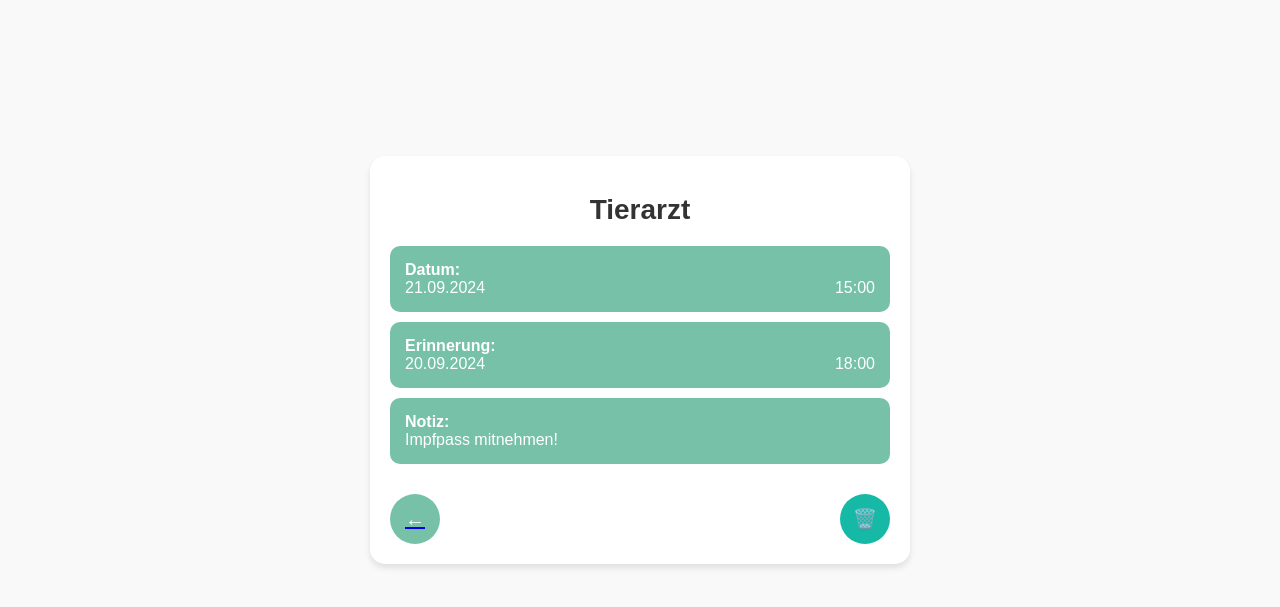
Repository: jakemoes/Pet-Tracker
Page: PWA/apppointmentDetails.html
An editor plug-in stored every save of this project. The page is shown before and after a run of saves, followed by the edit.
The browser window is 1280 px wide. The pictures show the whole page.

Above is the page before, as saved 2024-12-07 03:40:22.

### PWA/apppointmentDetails.html
<!DOCTYPE html>
<html lang="de">
<head>
    <meta charset="UTF-8">
    <meta name="viewport" content="width=device-width, initial-scale=1.0">
    <link rel="stylesheet" href="appointmentDetails.css">
    <title>Tierarzttermin</title>
</head>
<body>
    <div class="details-container">
        <h1>Tierarzt</h1>

        <div class="entry">
            <div class="detail">
                <p><strong>Datum:</strong></p>
                <p>21.09.2024 <span class="time">15:00</span></p>
            </div>
            <div class="detail">
                <p><strong>Erinnerung:</strong></p>
                <p>20.09.2024 <span class="time">18:00</span></p>
            </div>
            <div class="detail">
                <p><strong>Notiz:</strong></p>
                <p>Impfpass mitnehmen!</p>
            </div>
        </div>

        <div class="button-container">
            <!-- Zurück-Button -->
            <a href="appointment.html" class="back-btn">
                <button type="button"><span>&larr;</span></button>
            </a>

            <!-- Löschen-Button -->
            <button type="button" class="delete-btn" >
                🗑️
            </button>
        </div>
    </div>

</body>
</html>

### PWA/appointmentDetails.css
body {
    font-family: Arial, sans-serif;
    margin: 0;
    padding: 0;
    background-color: #f9f9f9;
    display: flex;
    justify-content: center;
    align-items: center;
    height: 100vh;
}

.details-container {
    width: 100%;
    max-width: 500px;
    background-color: #ffffff;
    padding: 20px;
    border-radius: 15px;
    box-shadow: 0 4px 6px rgba(0, 0, 0, 0.1);
    text-align: center;
}

h1 {
    font-size: 28px;
    color: #333;
    margin-bottom: 20px;
}

.entry {
    margin-bottom: 30px;
}

.detail {
    background-color: #77c1a9;
    padding: 15px;
    border-radius: 10px;
    margin-bottom: 10px;
    text-align: left;
    color: #ffffff;
}

.detail p {
    margin: 0;
    font-size: 16px;
}

.time {
    float: right;
}

.button-container {
    display: flex;
    justify-content: space-between;
    margin-top: 20px;
}

.back-btn button, .delete-btn {
    width: 50px;
    height: 50px;
    border-radius: 50%;
    border: none;
    background-color: #77c1a9;
    color: white;
    font-size: 20px;
    cursor: pointer;
    display: flex;
    justify-content: center;
    align-items: center;
}

.delete-btn {
    background-color: #15b9a6;
}

.delete-btn img {
    width: 20px;
    height: 20px;
}

.back-btn button:hover {
    background-color: #66b398;
}

.delete-btn:hover {
    background-color: #d32f2f;
}

After the next 2 saves:
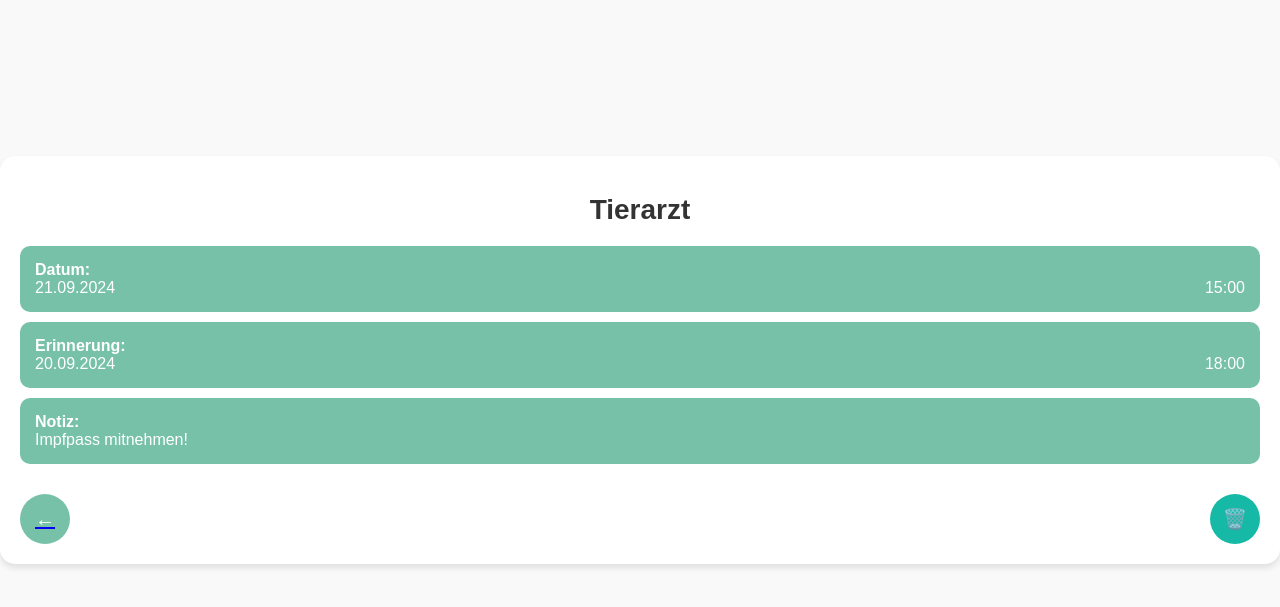
The 2 saves are shown as one change because they came seconds apart.
The last was saved 11 s later.
--- a/PWA/appointmentDetails.css
+++ b/PWA/appointmentDetails.css
@@ -11,7 +11,7 @@ body {
 
 .details-container {
     width: 100%;
-    max-width: 500px;
+    max-width: none;
     background-color: #ffffff;
     padding: 20px;
     border-radius: 15px;
